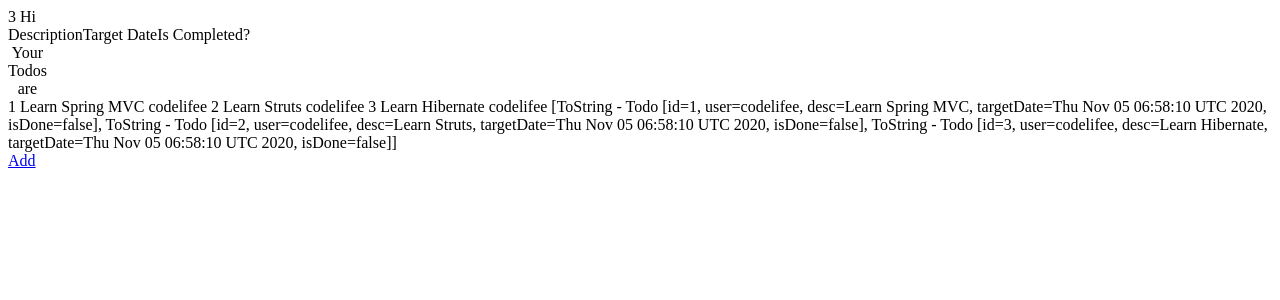
Repository: codelifee/spring-mvc-project
Page: http://localhost/springmvc/list-todos
These files come from the project's save history. The page is drawn as it stood at one moment and after the next save; the edit follows.
The browser window is 1280 px wide. The pictures show the whole page.
The page is served by Tomcat 9. Other server files are loaded and not shown. The template is opened directly, without the code that normally fills it, so the values that code supplies are empty.

Above is the page before, as saved 2020-11-16 04:05:36.

### springmvc/src/main/webapp/WEB-INF/views/list-todos.jsp
<%@ page language="java" contentType="text/html; charset=EUC-KR"
    pageEncoding="EUC-KR"%>
<%@ taglib uri="http://java.sun.com/jsp/jstl/core" prefix="c" %>
<!DOCTYPE html>3
<html>
<head>
<meta charset="EUC-KR">
<title>Insert title here</title>
</head>
<body>
Hi ${name} <br/>

<table>
	<caption>Your Todos are</caption>
	<thead>
		<tr>Description</tr>
		<tr>Target Date</tr>
		<tr>Is Completed?</tr>
	</thead>

	<tbody>
		<tr></tr>
		<tr></tr>
		<tr></tr>
		<tr></tr>
	</tbody>
</table>


<!-- for(todo:todos) -->
<c:forEach items="${todos}" var="todo">
	${todo.id} ${todo.desc} ${todo.user}
</c:forEach>
${todos} <br>

<a class="button" href="/add-todo">Add</a>
</body>
</html>

After the next save:
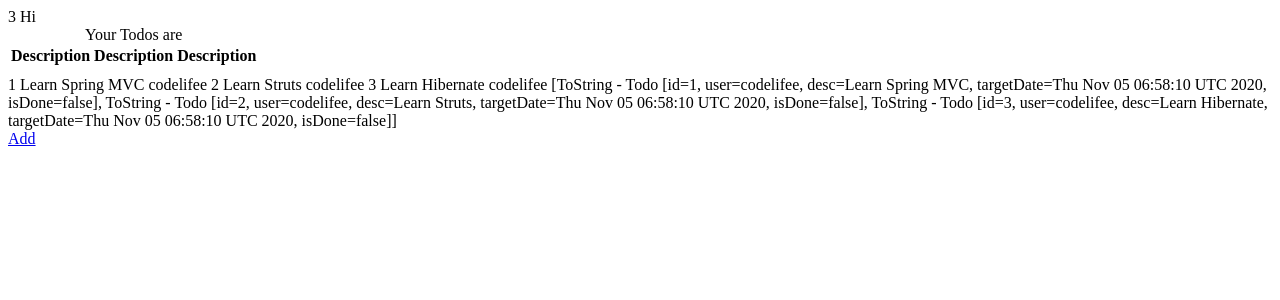
Saved 97 s later.
--- a/springmvc/src/main/webapp/WEB-INF/views/list-todos.jsp
+++ b/springmvc/src/main/webapp/WEB-INF/views/list-todos.jsp
@@ -13,9 +13,11 @@ Hi ${name} <br/>
 <table>
 	<caption>Your Todos are</caption>
 	<thead>
-		<tr>Description</tr>
-		<tr>Target Date</tr>
-		<tr>Is Completed?</tr>
+		<tr>
+			<th>Description</th>
+			<th>Description</th>
+			<th>Description</th>
+		</tr>
 	</thead>
 
 	<tbody>
